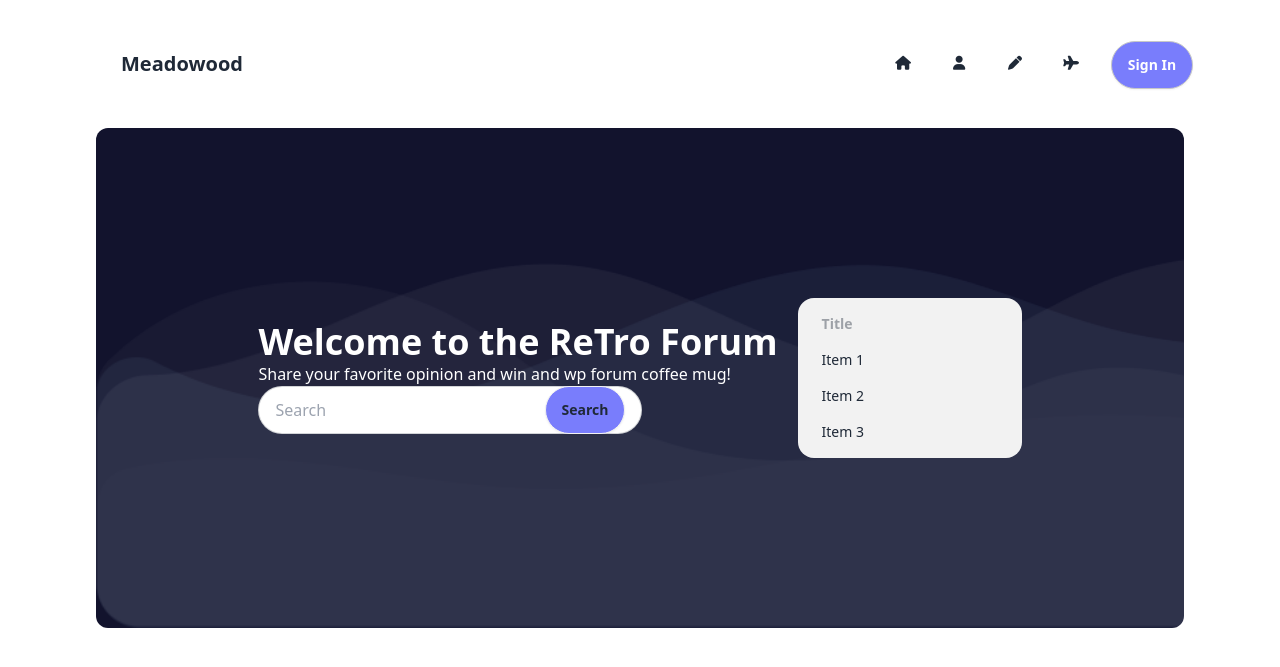
Repository: RudrasahaDibos/Meadowood-Forum
Page: index.html
The author's editor kept a copy of each file at every save. The page is drawn from the files as they stood at one save, then again after a run of saves.
The browser window is 1280 px wide. The pictures show the whole page.
Some web libraries are served in a nearby version.

Above is the page before, as saved 2024-11-24 12:48:27.

After the next 2 saves:
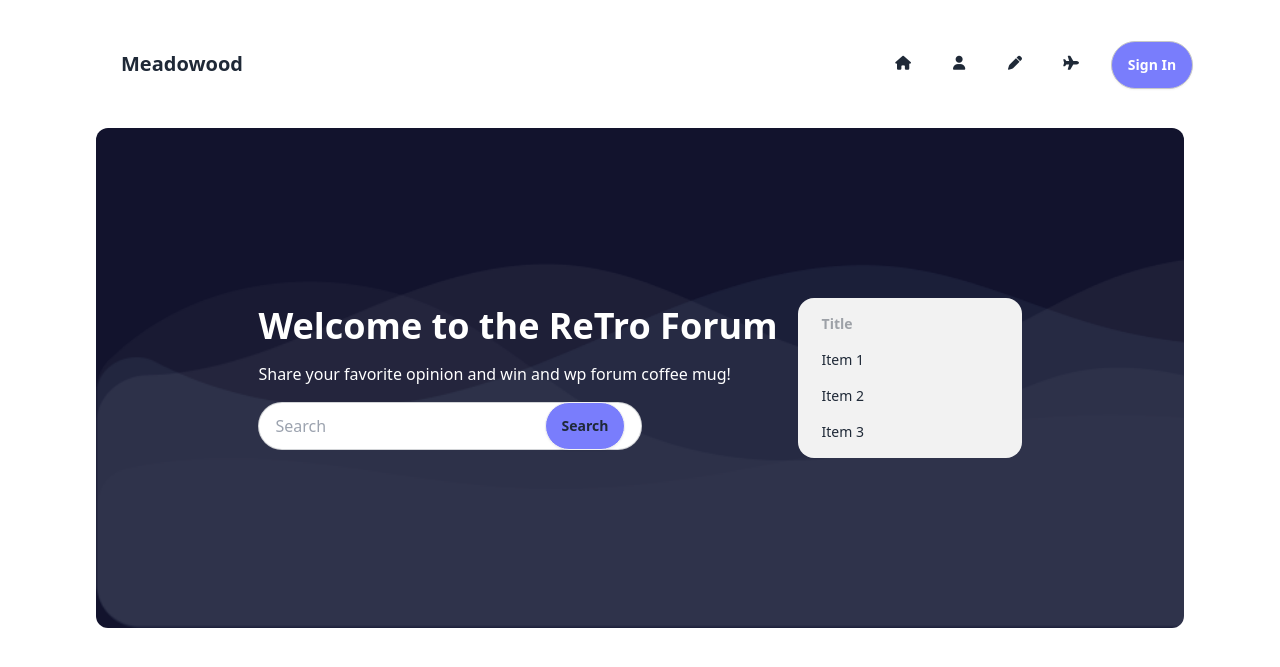
The 2 saves are shown as one change because they came seconds apart.
The last was saved 7 s later.
--- a/index.html
+++ b/index.html
@@ -73,7 +73,7 @@
              <div class="lg:w-full w-[450px] relative bg-no-repeat bg-cover h-[500px] z-0 rounded-xl overflow-hidden mt-8 bg-[#12132D]" style="background-image: url('/images/bgbanner.png');">
                 <div class="relative top-0 left-0 w-full h-full z-10  flex  justify-center items-center gap-5 ">
 
-                  <div class="spa">
+                  <div class="space-y-4">
                     <h2 class="text-4xl font-bold font-manrope text-white">Welcome to the ReTro Forum</h2>
                     <p class="text-white">Share your favorite opinion and win and wp forum coffee mug!</p>
                     <label class="input input-bordered flex items-center gap-2 w-96 rounded-full">
